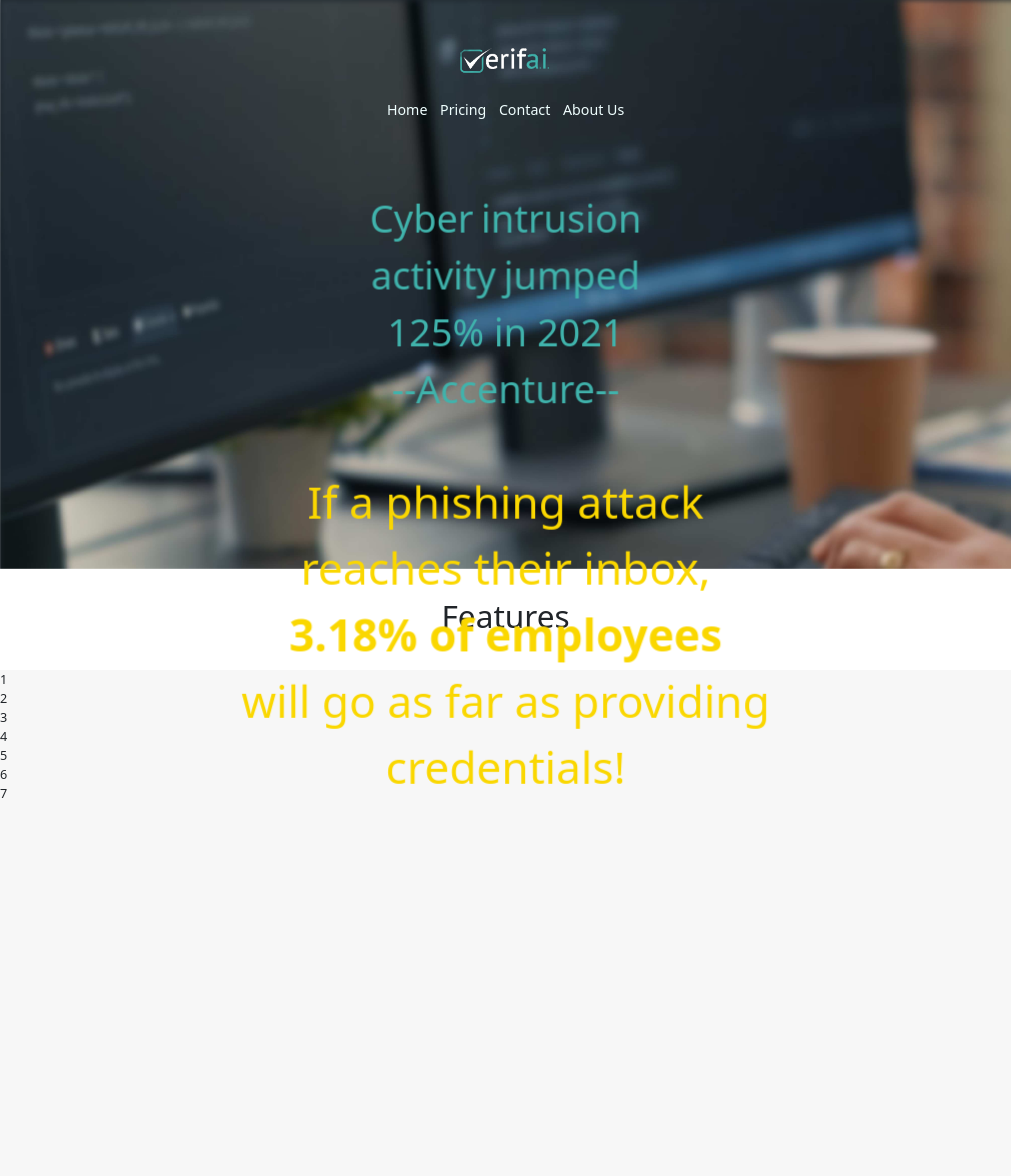
Repository: Ali-VB/verif-website
Page: /
An editor plug-in stored every save of this project. The page is shown before and after the next save, followed by the edit.
The browser window is 1280 px wide. The pictures show the whole page, at 79% of full size.
The project was rebuilt for these pictures with package versions that can differ from the ones it lists, and the page was loaded fresh each time.

Above is the page before, as saved 2022-04-19 10:53:28.

### src/index.css
 body {
  margin: 0;
  padding: 0;
  font-family: -apple-system, BlinkMacSystemFont, 'Segoe UI', 'Roboto', 'Oxygen',
    'Ubuntu', 'Cantarell', 'Fira Sans', 'Droid Sans', 'Helvetica Neue',
    sans-serif;
  -webkit-font-smoothing: antialiased;
  -moz-osx-font-smoothing: grayscale;
}

/* code {
  font-family: source-code-pro, Menlo, Monaco, Consolas, 'Courier New',
    monospace;
}  */

### src/App.js
import React from "react";
import './App.css'
import Navbar from './components/Navbar/Navbar';
import Features from './components/Features/Features'
import Header from './components/Header/Header'


function App() {
  return (
    <div>
      <div className="nav-bg">
        <Navbar />
        <Header />

      </div>
       <Features />
    </div>

  );
}

export default App;

### src/App.css

.nav-bg{
    background-image: url("./Assets/imgs/nav-bg.png");
    height: 100vh;
}

### src/components/Navbar/Navbar.jsx
import React from "react";
import "./Navbar.css";
import verifLogo from "../../Assets/imgs/logo_verif_white.png";
import Header from "../Header/Header";

function Navbar() {
  return (
    <div className="container">
      <div className=" navbar">
        <img className="verif-logo" src={verifLogo} alt="verif-logo" />
        <ul className="navLink">
          <li>Home</li>
          <li>Pricing</li>
          <li>Contact</li>
          <li>About Us</li>
        </ul>
      </div>
    </div>
  );
}

export default Navbar;

### src/components/Features/Features.jsx
import React from "react";
import "./Features.css";
const Features = () => {
  return (
    <div>
      <div className="features-title-section">
        <h1 className="features-title">Features</h1>
      </div>
      <div className="features-section">
        <div className="feature-table">
          <div>1</div>
          <div>2</div>
          <div>3</div>
          <div>4</div>
          <div>5</div>
          <div>6</div>
          <div>7</div>
          <div></div>
        </div>
      </div>
    </div>
  );
};

export default Features;

### src/components/Header/Header.jsx
import React from "react";
import "./Header.css";

export default function Header() {
  return (
    <div className="header-animated">
      <div className="text-first">
        <span className="text-first-span">Cyber</span>
        <span className="text-first-span">intrusion</span>
        <span className="text-first-span">activity</span>
        <span className="text-first-span">jumped</span>
        <span className="text-first-span">125% in 2021</span>
        <span className="text-first-span">--Accenture--</span>
      </div>
      <div className="text-second">
        <span className="text-second-span">If a phishing attack reaches their inbox,</span>
        <span className="text-second-span">3.18% of employees</span>
        <span className="text-second-span">
          will go as far as providing credentials!
        </span>
      </div>
    </div>
  );
}

### src/components/Navbar/Navbar.css

.navbar{
    display: flex;
    flex-direction: column;
    justify-content: center;
    height:10rem;
}
.verif-logo{
    width: 8rem;
    margin-top: 3rem;
}
.verif-logo:hover{
    cursor: pointer;
}
.navLink{
    margin: 0;
    padding:0;
    list-style-type: none;
    display: flex;
    color: azure;
    font-size: 18px;
    gap: 1rem;

}
.navLink:hover{
    cursor: pointer;
}

### src/components/Features/Features.css
.features-title-section{
    height: 8rem;
    display: flex;
    justify-content: center;
    align-items: center;
}
.features-title{

}
.features-section{
    height: 40rem;
    background-color: #f7f7f7;
}
.feature-table{

}

### src/components/Header/Header.css
.header-animated{
    overflow-wrap:break-word;
    margin:0 auto;
    padding: 3rem 5rem;
}

.text-first {
    padding: 2rem 2rem;
    color: #40B3AC;
    font-size:3rem;
    width: 40%;
    margin: 0 auto;
    text-align: center;
    transform: scale(0.94);
    animation: scale 2s forwards cubic-bezier(0.5, 1, 0.89, 1);
  }
.text-second {
    padding: 2rem 2rem;
    color: #FAD700;
    font-size:3.5rem;
    width: 70%;
    margin: 0 auto;
    text-align: center;
    transform: scale(0.94);
    animation: scale 3s forwards cubic-bezier(0.5, 1, 0.89, 1);
  }
  @keyframes scale {
    100% {
      transform: scale(1);
    }
  }

  .text-first-span {
    display: inline-block;
    opacity: 0;
    filter: blur(4px);
  }

  .text-first-span:nth-child(1) {
    animation: fade-in 1s 0.1s forwards cubic-bezier(0.11, 0, 0.5, 0);
    margin: 0 0.3rem;
  }

  .text-first-span:nth-child(2) {
    animation: fade-in 1s 0.3s forwards cubic-bezier(0.11, 0, 0.5, 0);
    margin: 0 0.3rem;
  }

  .text-first-span:nth-child(3) {
    animation: fade-in 1s 0.5s forwards cubic-bezier(0.11, 0, 0.5, 0);
    margin: 0 0.3rem;
  }

  .text-first-span:nth-child(4) {
    animation: fade-in 1s 0.7s forwards cubic-bezier(0.11, 0, 0.5, 0);
    margin: 0 0.3rem;
  }

  .text-first-span:nth-child(5) {
    animation: fade-in 1s 0.9s forwards cubic-bezier(0.11, 0, 0.5, 0);
    margin: 0 0.3rem;
  }
  .text-first-span:nth-child(6) {
    animation: fade-in 1s 0.9s forwards cubic-bezier(0.11, 0, 0.5, 0);
    margin: 0 0.3rem;
  }

  .text-second-span {
    display: inline-block;
    opacity: 0;
    filter: blur(4px);
  }

  .text-second-span:nth-child(1) {
    animation: fade-in 1.2s 2.2s forwards cubic-bezier(0.11, 0, 0.5, 0);
    margin: 0 0.3rem;
  }

  .text-second-span:nth-child(2) {
    animation: fade-in 1.8s 2.6s forwards cubic-bezier(0.11, 0, 0.5, 0);
    margin: 0 0.3rem;
    font-weight: bolder;
  }

  .text-second-span:nth-child(3) {
    animation: fade-in 1.2s 3.6s forwards cubic-bezier(0.11, 0, 0.5, 0);
    margin: 0 0.3rem;
  }


  @keyframes fade-in {
    100% {
      opacity: 1;
      filter: blur(0);
    }
  }

  @media only screen and (max-width: 992px) {
    .text-first {
        margin-top: 3rem;
        margin-bottom: 2rem;
        padding: 0.1rem 0.1rem;
        width: 90%;
        font-size:3.5rem;


      }
      .text-second {
        padding: 0.1rem 0.1rem;
        width: 90%;
        font-size:4rem;

      }
  }

  @media only screen and (max-width: 768px) {
    .text-first {
        margin-top: 4.5rem;
        margin-bottom: 3rem;
        padding: 0.1rem 0.1rem;
        width: 90%;
        font-size:1.5rem;


      }
    .text-second {
        padding: 0.1rem 0.1rem;
        width: 90%;
        font-size:2.1rem;

      }
  }

Loaded but not shown: public/index.html (common file); src/index.js (common file); src/reportWebVitals.js (common file)

After the next save:
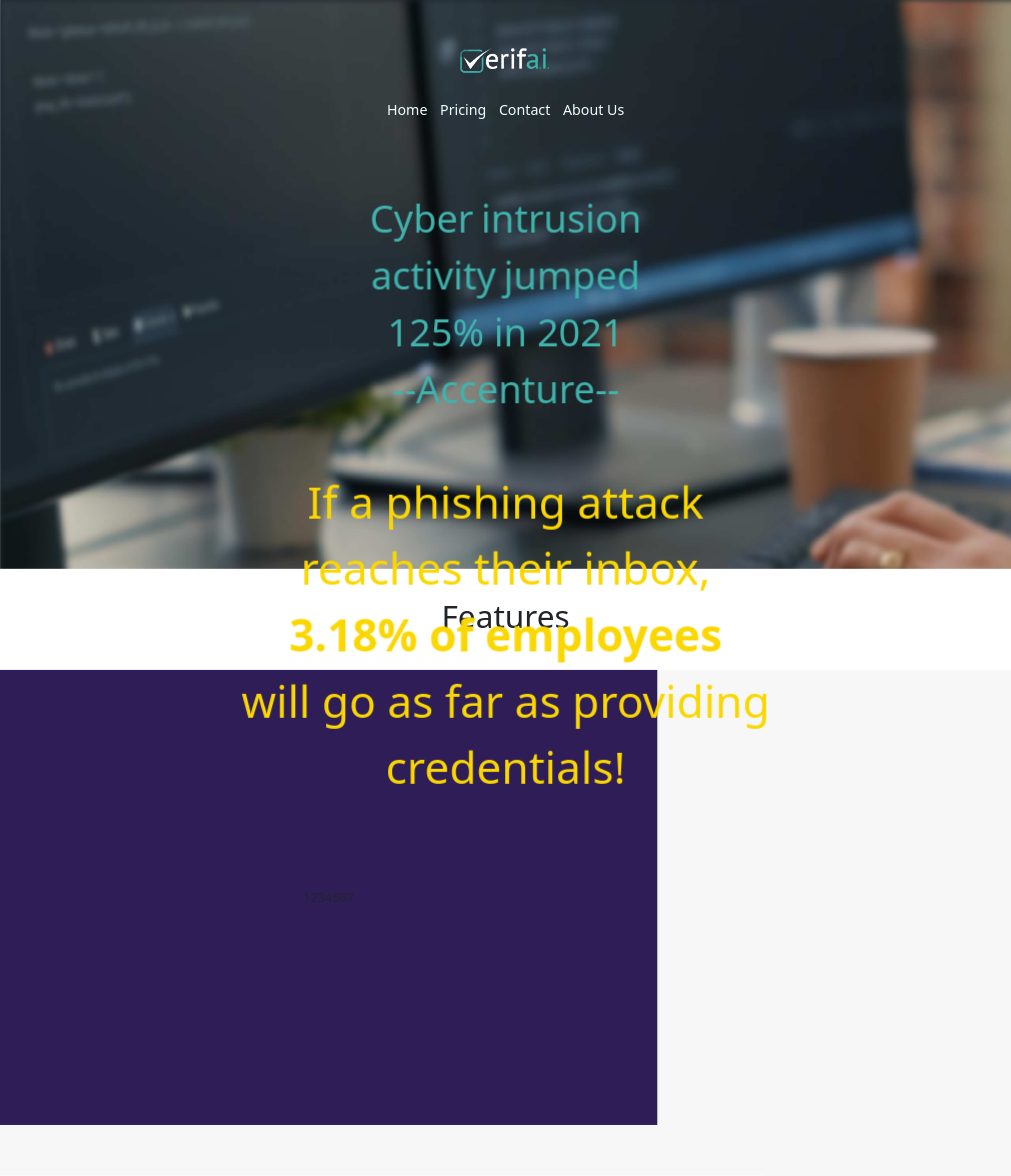
Saved 9 s later.
--- a/src/components/Features/Features.css
+++ b/src/components/Features/Features.css
@@ -12,5 +12,14 @@
     background-color: #f7f7f7;
 }
 .feature-table{
-
+    display: flex;
+    flex-wrap: wrap;
+    justify-content: center;
+    align-items: center;
+    align-content: center;
+    width: 65%;
+    background-color: #2f1d58;
+    height: 80vh;
+    overflow: auto;
+    flex-direction: row;
 }

After the save that followed:
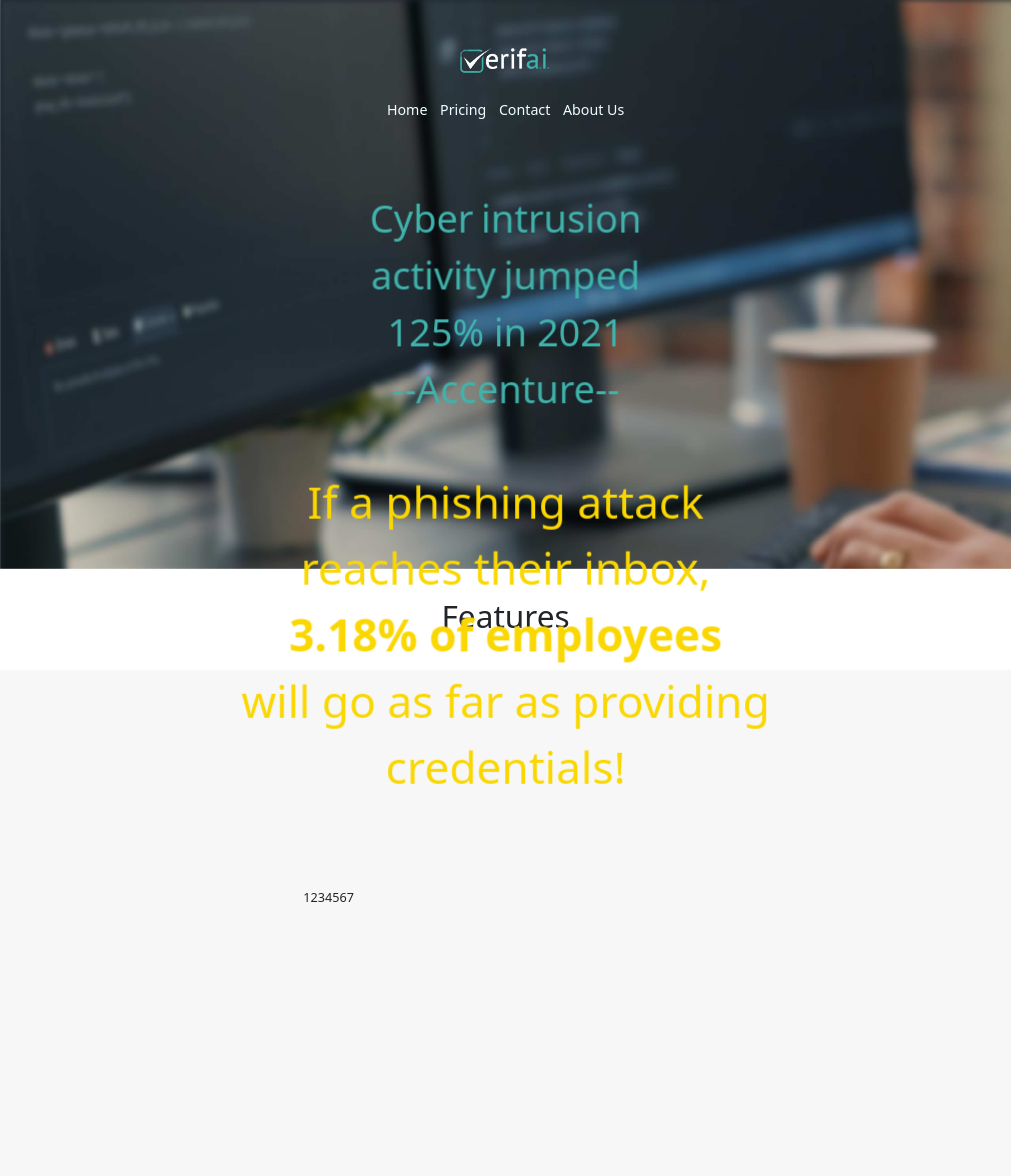
Saved 14 s later.
--- a/src/components/Features/Features.css
+++ b/src/components/Features/Features.css
@@ -18,7 +18,6 @@
     align-items: center;
     align-content: center;
     width: 65%;
-    background-color: #2f1d58;
     height: 80vh;
     overflow: auto;
     flex-direction: row;
